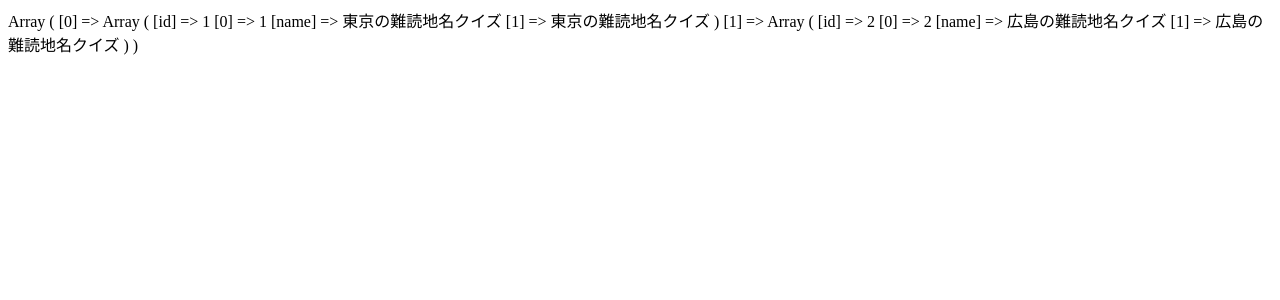
Repository: posse-ap/gen2.0-akira1515
Page: http://localhost/www/html/db_connect.php
These files come from the project's save history. The page is drawn as it stood at one moment and after the next save; the edit follows.
The browser window is 1280 px wide. The pictures show the whole page.
The page is run by PHP 8.4 with error messages shown; the project is at /var/www/html/. The database holds what the project's SQL file puts in it.

Above is the page before, as saved 2021-12-21 21:30:48.

### www/html/db_connect.php
<?php
// 1.データベースに接続する。
$pdo = new PDO('mysql:dbname=quizy; host=db;' , 'root', 'secret');
$pdo->query('SET NAMES utf8;');

// 2.実行したいSQL文をセットする。
$stmt = $pdo->query('SELECT * FROM big_questions' );

// 3.SQLに対してパラメーターをセットする。【任意】(可変する部分の受け皿)
// $stmt->bindValue(':mail_address', $mail_address, PDO::PARAM_STR);

// 4.実際にSQLを実行する。
// $stmt->execute(); //prepareの時に発射させるもの

// 5.結果を取得する。【任意】
$user = $stmt->fetchAll();
print_r($user) ;
// 6.データーベースから切断する。
unset($pdo);

### mysql/quizytable.sql (the tables this page reads)
CREATE TABLE big_questions (
  id       SMALLINT(4),
  name     VARCHAR(255) NOT NULL
);

INSERT INTO big_questions
VALUES
(1, '東京の難読地名クイズ'),
(2, '広島の難読地名クイズ');

After the next save:
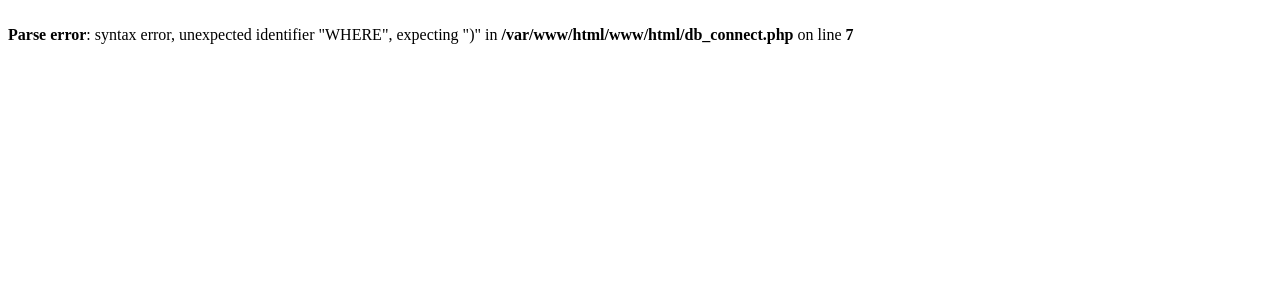
Saved 52 s later.
--- a/www/html/db_connect.php
+++ b/www/html/db_connect.php
@@ -4,7 +4,7 @@
 $pdo->query('SET NAMES utf8;');
 
 // 2.実行したいSQL文をセットする。
-$stmt = $pdo->query('SELECT * FROM big_questions' );
+$stmt = $pdo->query('SELECT * FROM big_questions' WHERE mail_address = :mail_address LIMIT 1');
 
 // 3.SQLに対してパラメーターをセットする。【任意】(可変する部分の受け皿)
 // $stmt->bindValue(':mail_address', $mail_address, PDO::PARAM_STR);

After the save that followed:
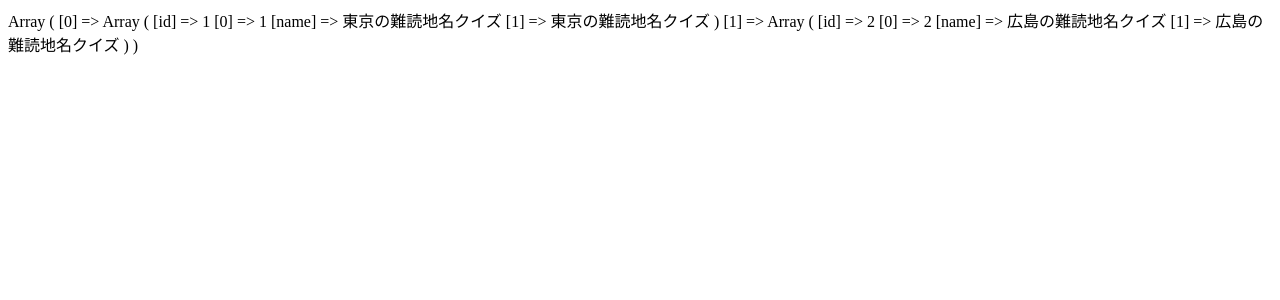
Saved 4 s later.
--- a/www/html/db_connect.php
+++ b/www/html/db_connect.php
@@ -4,7 +4,7 @@
 $pdo->query('SET NAMES utf8;');
 
 // 2.実行したいSQL文をセットする。
-$stmt = $pdo->query('SELECT * FROM big_questions' WHERE mail_address = :mail_address LIMIT 1');
+$stmt = $pdo->query('SELECT * FROM big_questions' );
 
 // 3.SQLに対してパラメーターをセットする。【任意】(可変する部分の受け皿)
 // $stmt->bindValue(':mail_address', $mail_address, PDO::PARAM_STR);
